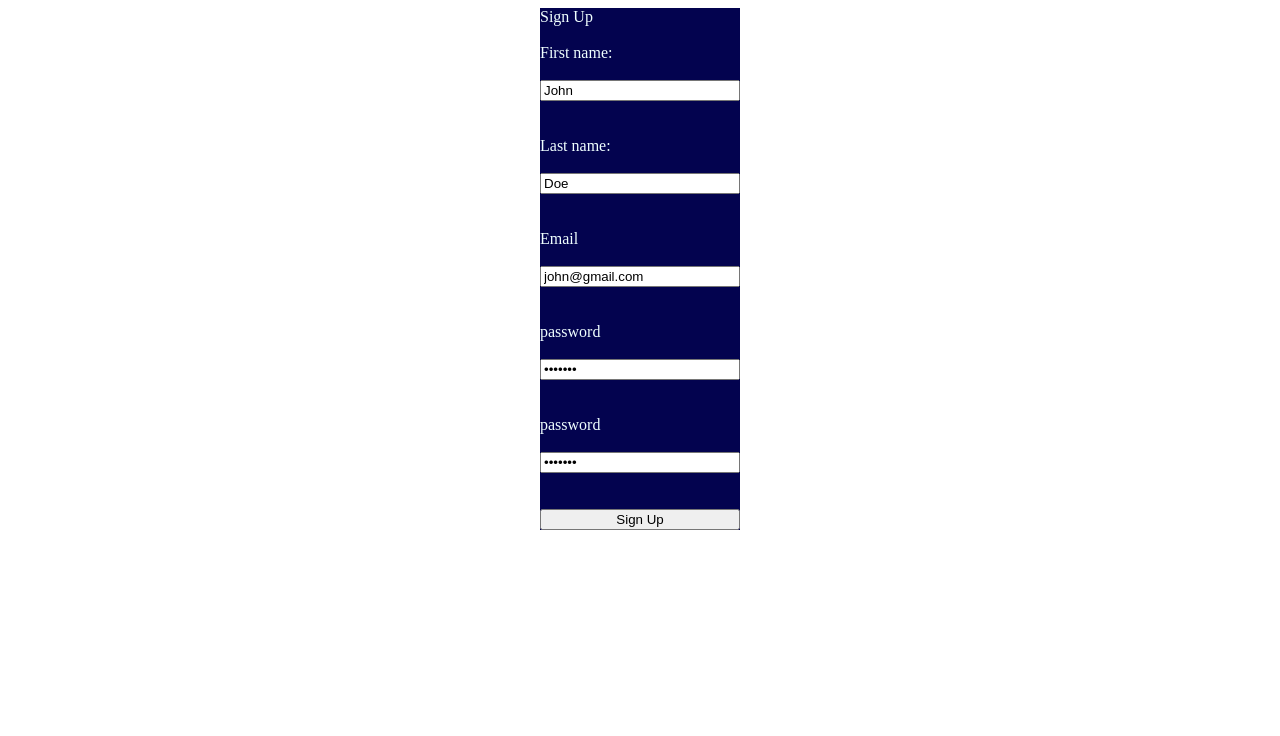
Repository: reemoon-ctrl/hotel-website
Page: mine-form_styling_start.html
An editor plug-in stored every save of this project. The page is shown before and after a run of saves, followed by the edit.
The browser window is 1280 px wide. The pictures show the whole page.

Above is the page before, as saved 2024-07-20 14:09:06.

### mine-form_styling_start.html
<!DOCTYPE html>
<html lang="en">
<head>
    <meta charset="UTF-8">
    <meta name="viewport" content="width=device-width, initial-scale=1.0">
    <title>Document</title>
<style>
    .form{
        color:azure;

    }
    .container{
        margin: auto;
        background: rgb(3, 3, 79);
        width: 200px;
        display: flex;
        flex-direction: column;
    }
    body{
        min-height: 100vh;
    }
</style>
</head>

<body>

        <form class="form" action="/action_page.php">
            <div class="container">
                <caption>Sign Up</caption><br><br>
                <label for="fname">First name:</label><br>
                <input type="text" id="fname" name="fname" value="John"><br><br>
                <label for="lname">Last name:</label><br>
                <input type="text" id="lname" name="lname" value="Doe"><br><br>
                <label for="Email ">Email</label><br>
                <input type="text" id="email" name="Email" value="john@gmail.com"><br><br>
                <label for="password">password</label><br>
                <input type="password" id="password" name="password" value="fffffff"><br><br>
                <label for="password">password</label><br>
                <input type="password" id="confirm password" name="confirm password" value="fffffff"><br><br>
                <input type="submit" value="Sign Up">
            </div>
      </form>
    </div>
</body>
</html>

After the next 2 saves:
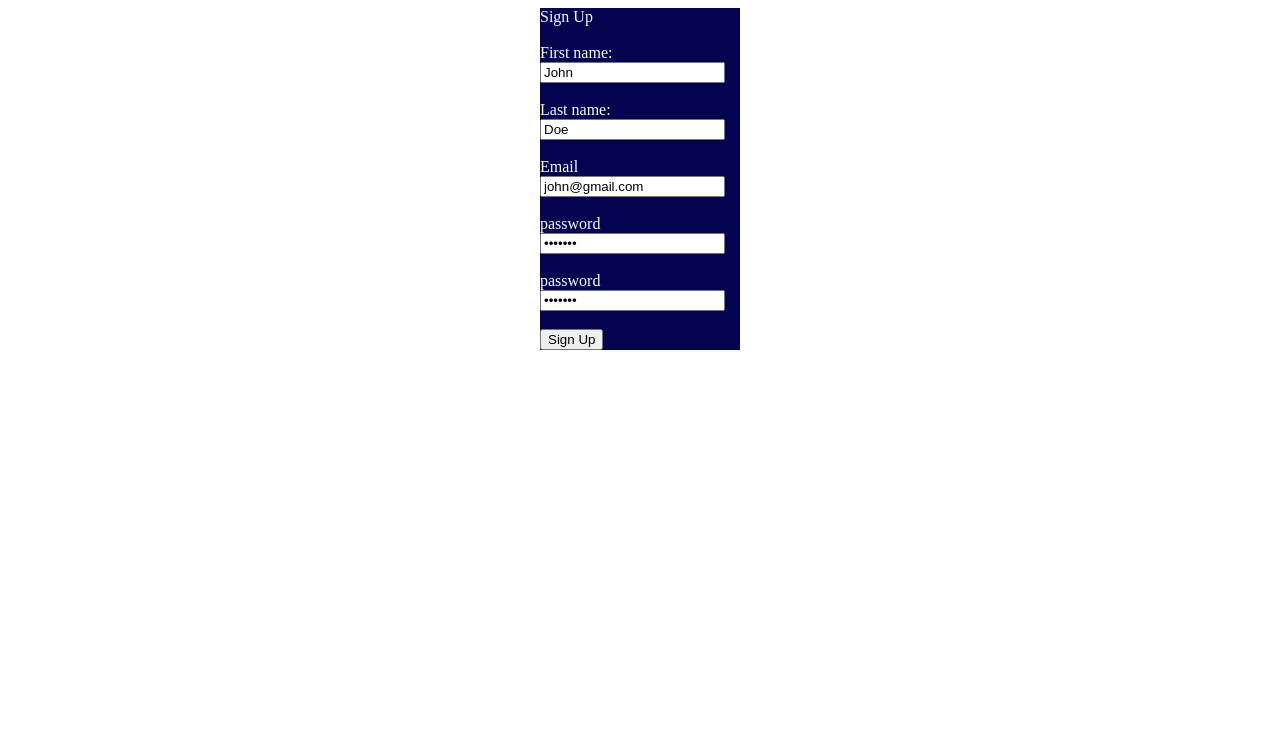
The 2 saves are shown as one change because they came seconds apart.
The last was saved 10 s later.
--- a/mine-form_styling_start.html
+++ b/mine-form_styling_start.html
@@ -7,13 +7,13 @@
 <style>
     .form{
         color:azure;
-
+        display: flex;
     }
     .container{
         margin: auto;
         background: rgb(3, 3, 79);
         width: 200px;
-        display: flex;
+
         flex-direction: column;
     }
     body{
